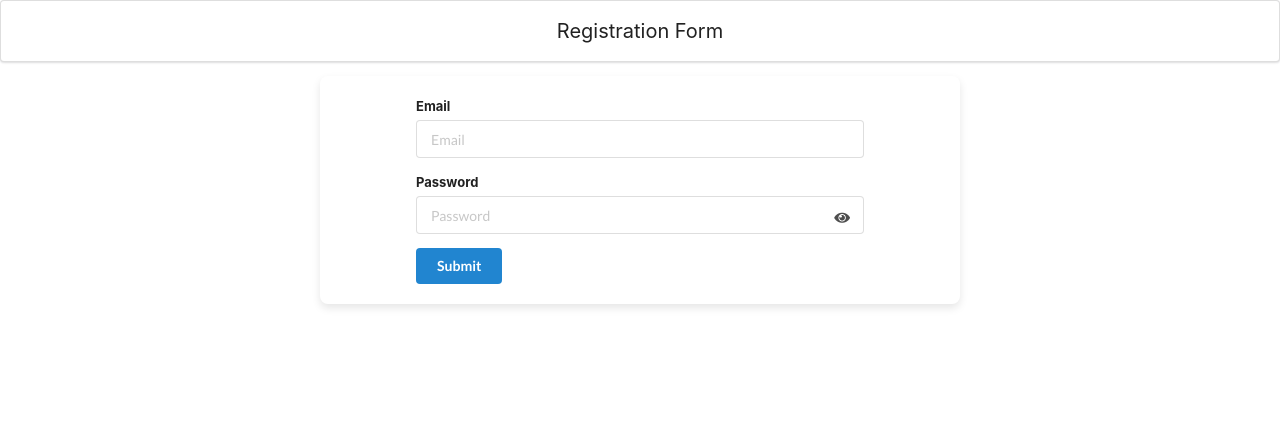
Repository: Wahid137/registration-form
Page: /
The author's editor kept a copy of each file at every save. The page is drawn from the files as they stood at one save, then again after the next save.
The browser window is 1280 px wide. The pictures show the whole page.
The project was rebuilt for these pictures with package versions that can differ from the ones it lists, and the page was loaded fresh each time.

Above is the page before, as saved 2024-05-02 10:41:50.

After the next save:
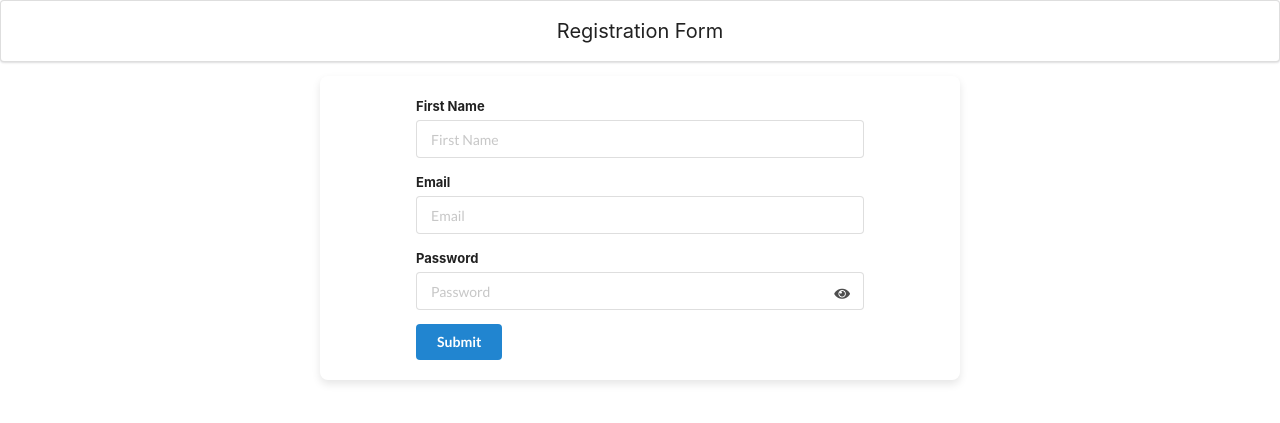
Saved 3 min 26 s later.
--- a/src/components/Register.js
+++ b/src/components/Register.js
@@ -80,7 +80,6 @@ const Register = () => {
 
     //submit handler
     const onSubmit = (data) => {
-
         console.log(data);
         reset();
         alert("Registration Successfully done!")
@@ -100,7 +99,7 @@ const Register = () => {
         >
 
             <Form style={{ width: "70%" }} onSubmit={handleSubmit(onSubmit)}>
-                {/* <div className="form-field">
+                <div className="form-field">
                     <FormField error={errors.firstName !== undefined}>
                         <label>First Name</label>
                         <input
@@ -114,7 +113,7 @@ const Register = () => {
                             </div>
                         )}
                     </FormField>
-                </div> */}
+                </div>
                 {/*    <div className="form-field">
                     <FormField error={formErrors.lastName !== undefined}>
                         <label>Last Name</label>
